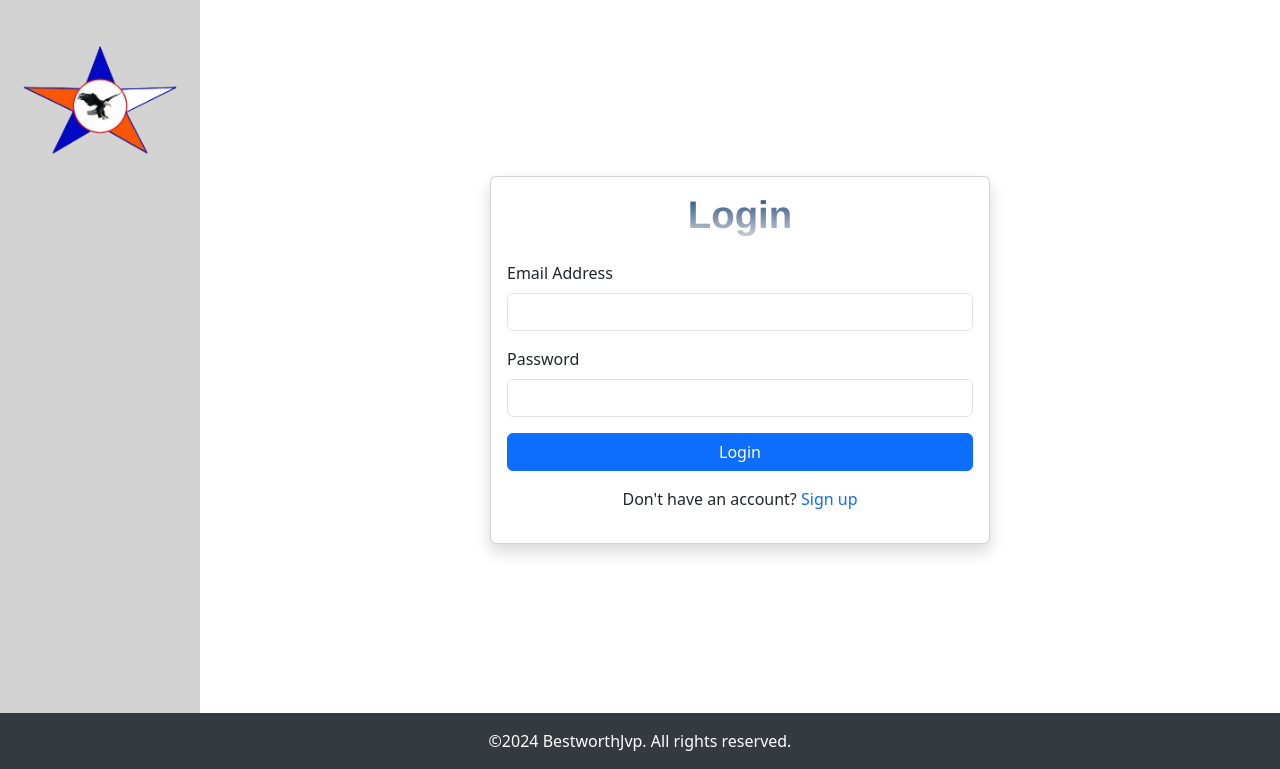
Repository: OVictor21/inventory
Page: /Login
The author's editor kept a copy of each file at every save. The page is drawn from the files as they stood at one save, then again after the next save.
The browser window is 1280 px wide. The pictures show the whole page.
The project was rebuilt for these pictures with package versions that can differ from the ones it lists, and the page was loaded fresh each time. Also part of the build but not shown: src/components/signup.jsx, src/components/reset1.jsx, src/components/reset2.jsx.

Above is the page before, as saved 2024-12-15 15:17:15.

After the next save:
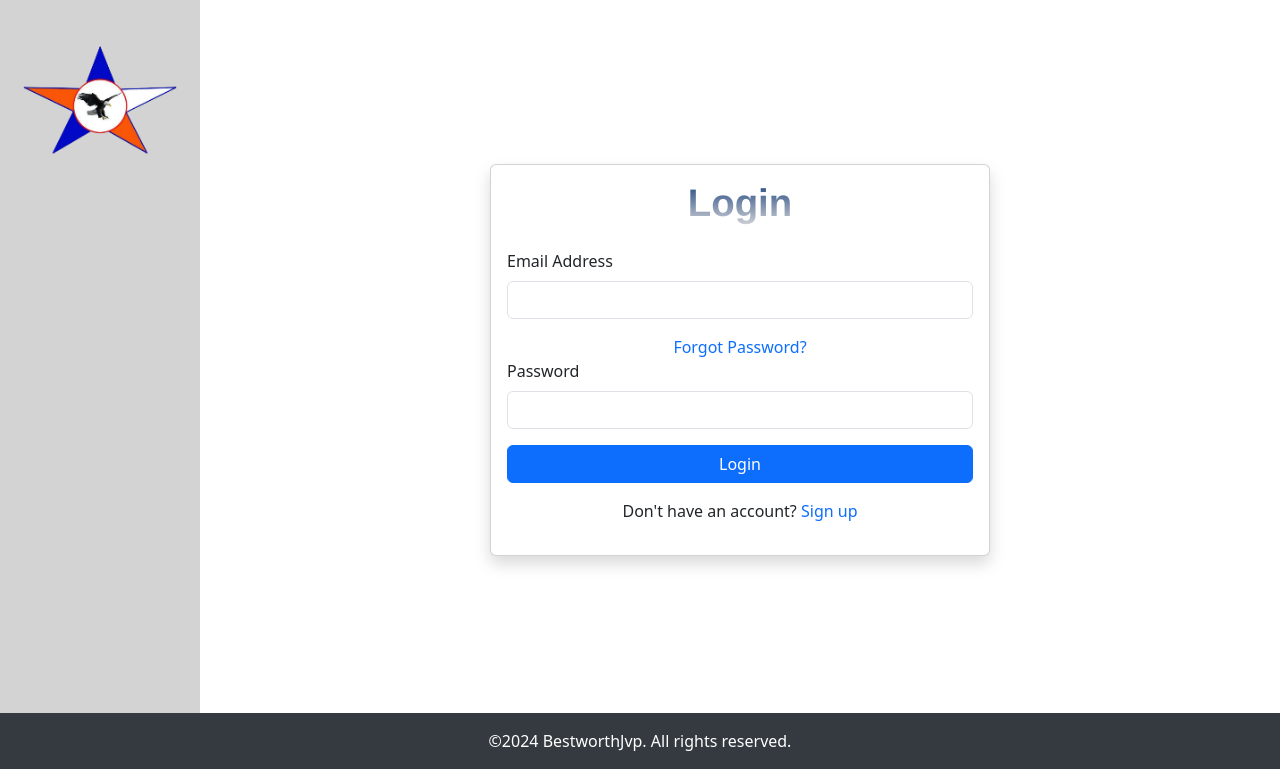
Saved 81 s later.
--- a/src/components/login.jsx
+++ b/src/components/login.jsx
@@ -23,6 +23,11 @@
               </label>
               <input type="email" className="form-control" id="email" required />
             </div>
+            <div className="text-center mt-3">
+    <a href="/forgot-password" className="text-decoration-none">
+      Forgot Password?
+    </a>
+  </div>
             <div className="mb-3">
               <label htmlFor="password" className="form-label">
                 Password
